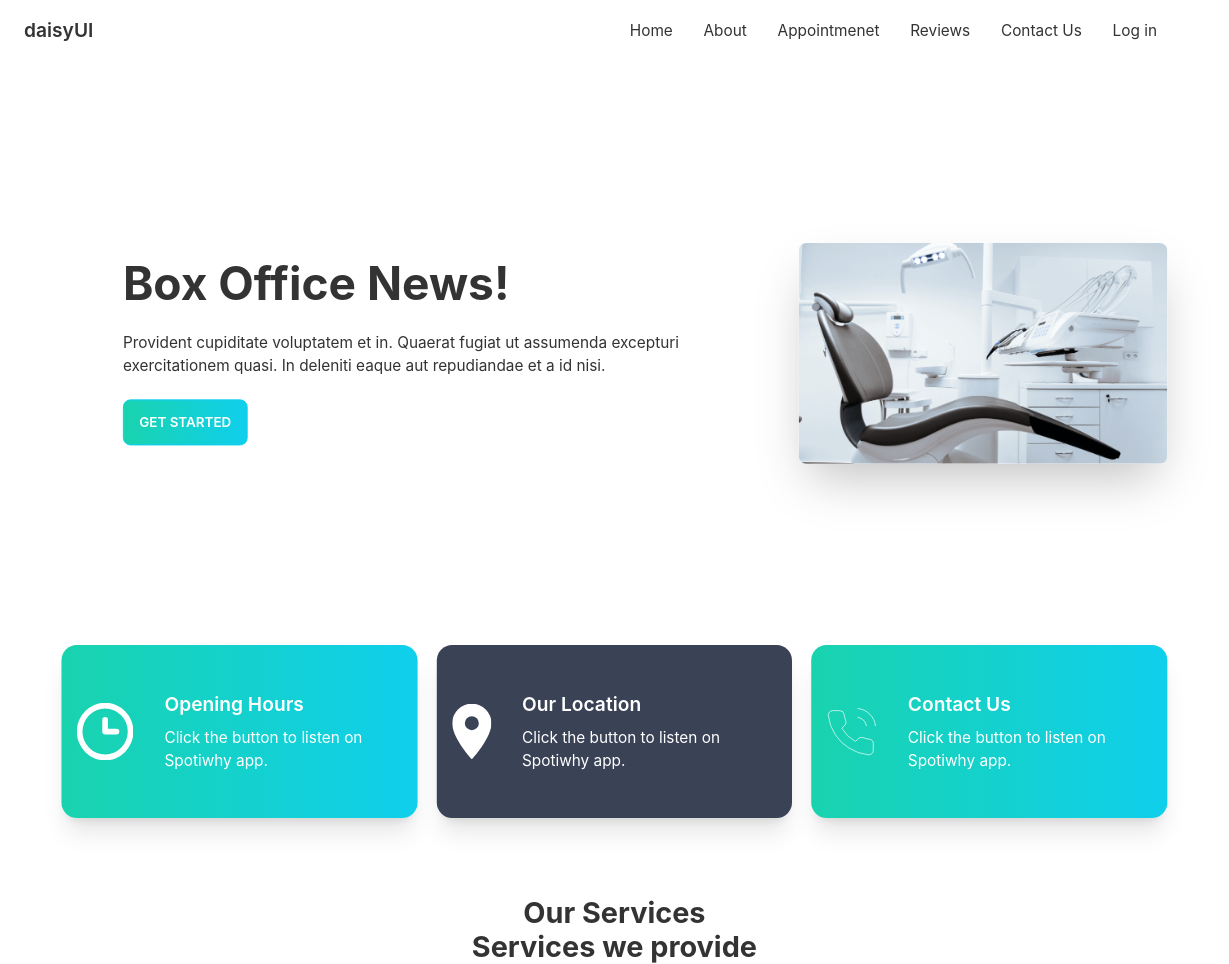
Repository: Tanvir3744/Doctors-client-website
Page: /
The author's editor kept a copy of each file at every save. The page is drawn from the files as they stood at one save, then again after the next save.
The browser window is 1280 px wide. The pictures show the whole page, at 96% of full size.
The project was rebuilt for these pictures with package versions that can differ from the ones it lists, and the page was loaded fresh each time. Also part of the build but not shown: src/Pages/About/About.js, src/Pages/Login/Login.js, src/Pages/NotFound/NotFound.js.

Above is the page before, as saved 2022-05-25 19:51:41.

After the next save:
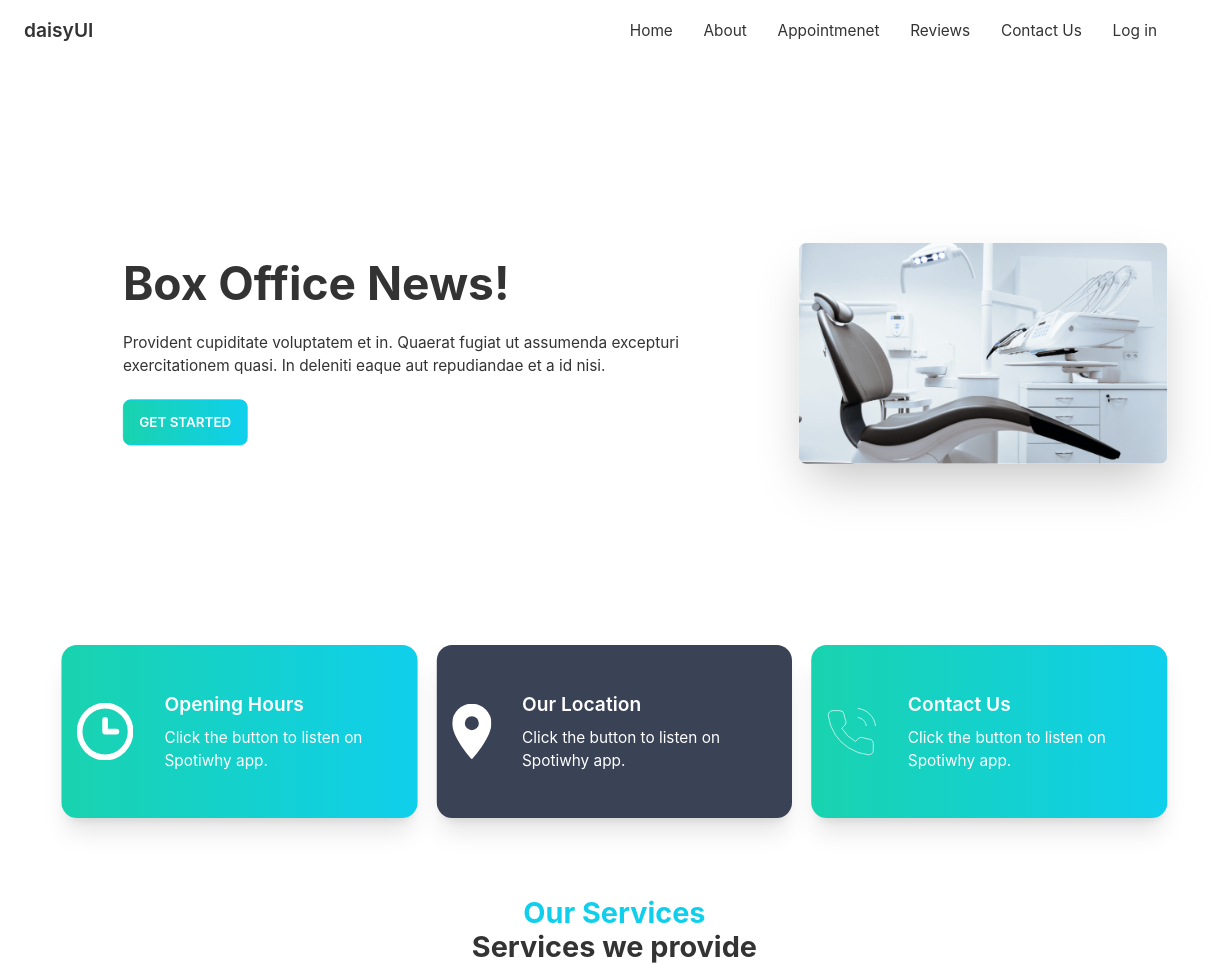
Saved 16 s later.
--- a/src/Pages/Home/Services.js
+++ b/src/Pages/Home/Services.js
@@ -4,7 +4,7 @@ const Services = () => {
     return (
         <div>
             <div className='font-bold text-3xl text-center mt-20'>
-                <h3>Our Services</h3>
+                <h3 className='text-primary'>Our Services</h3>
                 <h2>Services we provide</h2>
             </div>
         </div>
